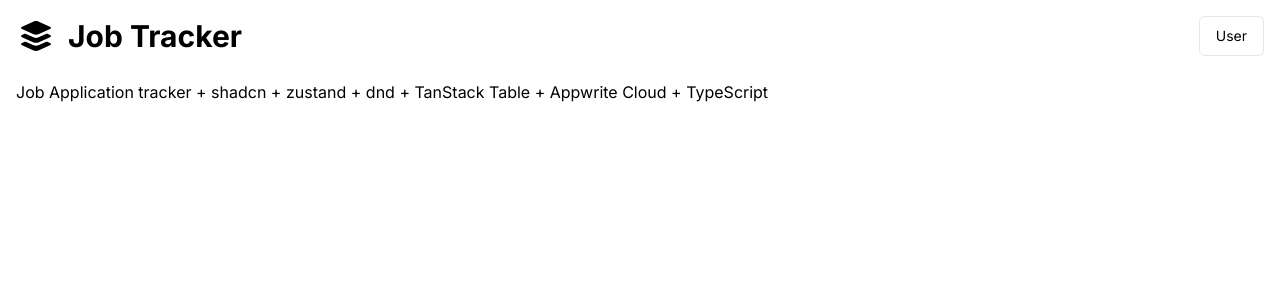
Repository: Vasil1001/job-applications-tracker-nextjs
Page: /
An editor plug-in stored every save of this project. The page is shown before and after a run of saves, followed by the edit.
The browser window is 1280 px wide. The pictures show the whole page.
The project was rebuilt for these pictures with package versions that can differ from the ones it lists, and the page was loaded fresh each time. The framework's server and built-in components were replaced by stand-ins that run in the browser. Also part of the build but not shown: next.config.js.

Above is the page before, as saved 2023-06-24 16:14:41.

After the next 3 saves:
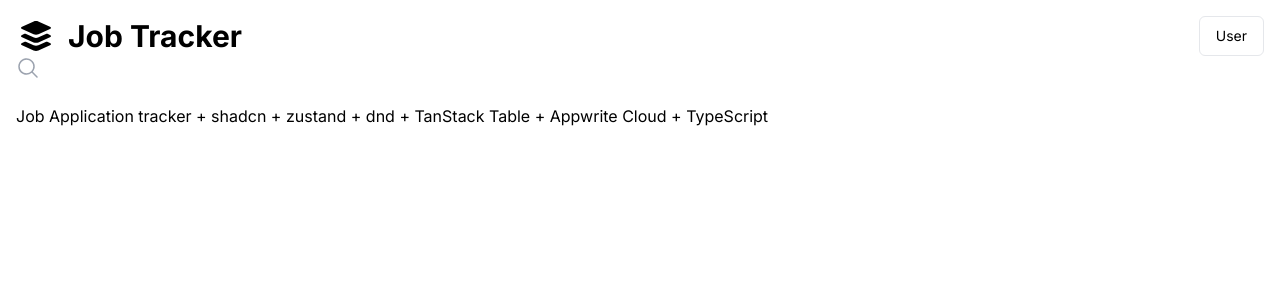
The 3 saves are shown as one change because they came seconds apart.
The last was saved 15 s later.
--- a/components/Header.tsx
+++ b/components/Header.tsx
@@ -32,6 +32,7 @@ export default function Header() {
       </div>
 
       <form className="">
+        <MagnifyingGlassIcon className="w-6 h-6 text-gray-400" />
         <input type="text" />
         <button hidden> Search</button>
       </form>
